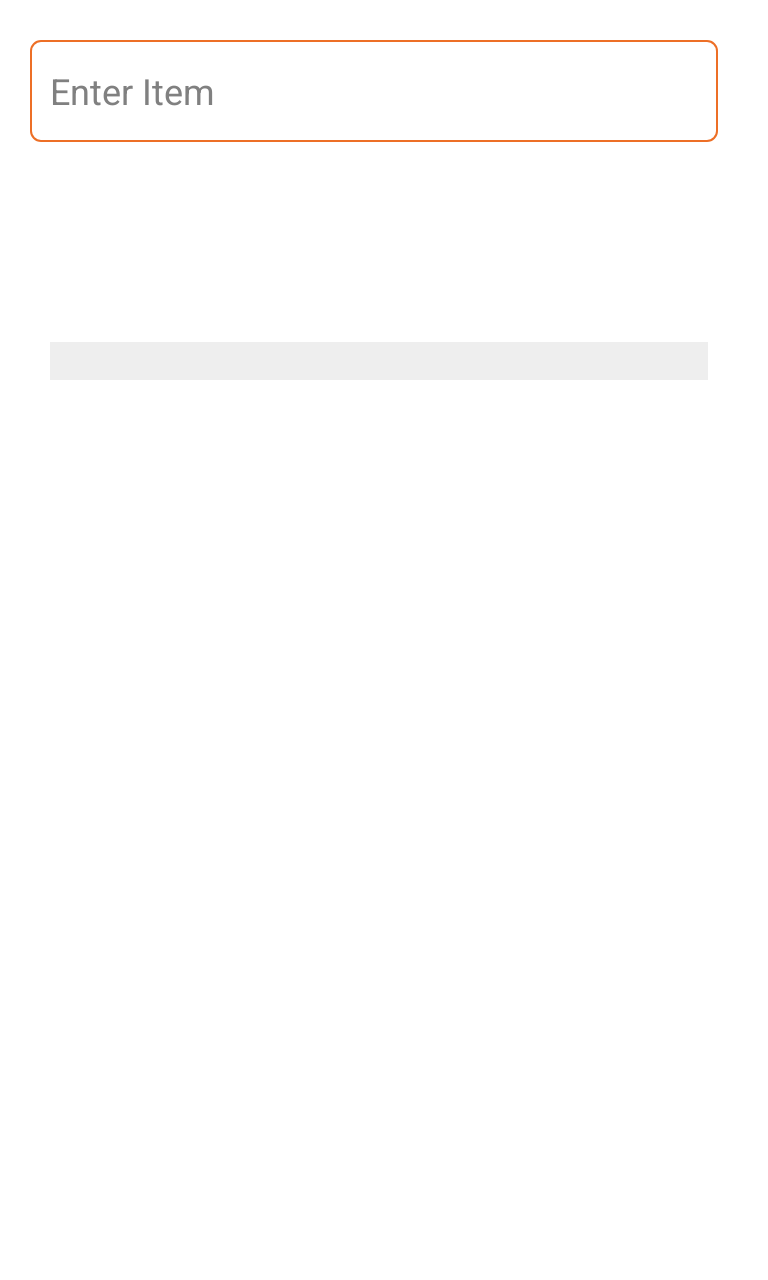
Repository: ianDervan/FYP_ShopSmart
Layout: FYP/ShopSmart/res/layout/activity_shopping_list.xml
An editor plug-in stored every save of this project. The layout is shown before and after the next save, followed by the edit.
It is drawn on a 768 x 1280 px phone screen (xhdpi) without system bars, with theme AppTheme; the app's code is not run.

Above is the layout before, as saved 2015-01-16 20:53:33.

After the next save:
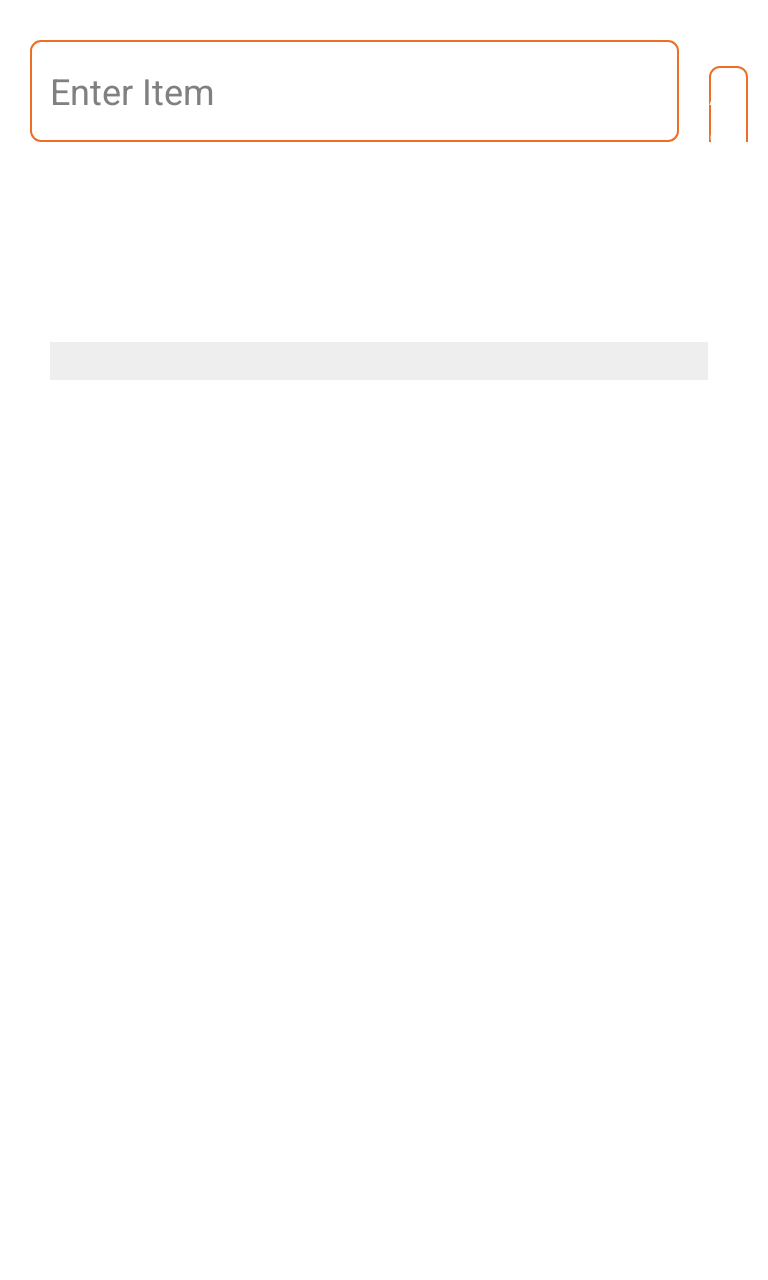
Saved 75 s later.
--- a/FYP/ShopSmart/res/layout/activity_shopping_list.xml
+++ b/FYP/ShopSmart/res/layout/activity_shopping_list.xml
@@ -16,7 +16,7 @@
             android:layout_height="51dp"
             android:layout_marginLeft="5dp"
             android:layout_marginTop="10dp"
-            android:layout_weight="0.06"
+            android:layout_weight="1"
             android:background="@drawable/customeditext"
             android:dropDownWidth="340dp"
             android:hint="Enter Item"
@@ -26,6 +26,7 @@
             android:id="@+id/quantity"
             android:layout_width="0dp"
             android:layout_height="50dp"
+            android:layout_weight="0.06"
             android:layout_marginLeft="15dp"
             android:layout_marginTop="10dp"
             android:background="@drawable/customeditext"
